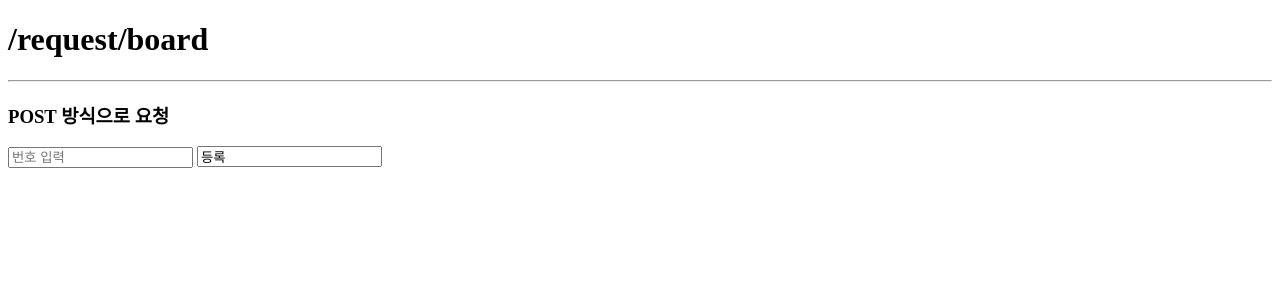
Repository: xegenie/Spring
Page: http://localhost/spring-mvc/request/board
The author's editor kept a copy of each file at every save. The page is drawn from the files as they stood at one save, then again after the next save.
The browser window is 1280 px wide. The pictures show the whole page.
The page is served by Tomcat 9. Other server files are loaded and not shown.

Above is the page before, as saved 2024-11-06 06:56:34.

### spring-mvc/src/main/webapp/WEB-INF/views/request/board.jsp
<%@ page language="java" contentType="text/html; charset=UTF-8"
    pageEncoding="UTF-8"%>
<!DOCTYPE html>
<html>
<head>
<meta charset="UTF-8">
<title>/request/board</title>
</head>
<body>
	<h1>/request/board</h1>

	<hr>
	<h3>POST 방식으로 요청</h3>
	<form action="<%= request.getContextPath()%>/request/board" method="post">
		<input type="text" name="no" placeholder="번호 입력" />
		<input type="sumbit" value="등록" />
	</form>
</body>
</html>

After the next save:
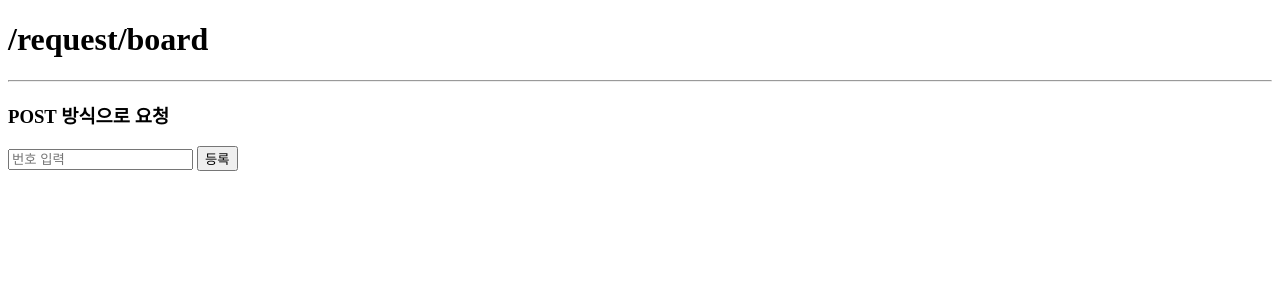
Saved 37 s later.
--- a/spring-mvc/src/main/webapp/WEB-INF/views/request/board.jsp
+++ b/spring-mvc/src/main/webapp/WEB-INF/views/request/board.jsp
@@ -13,7 +13,7 @@
 	<h3>POST 방식으로 요청</h3>
 	<form action="<%= request.getContextPath()%>/request/board" method="post">
 		<input type="text" name="no" placeholder="번호 입력" />
-		<input type="sumbit" value="등록" />
+		<input type="submit" value="등록" />
 	</form>
 </body>
 </html>
